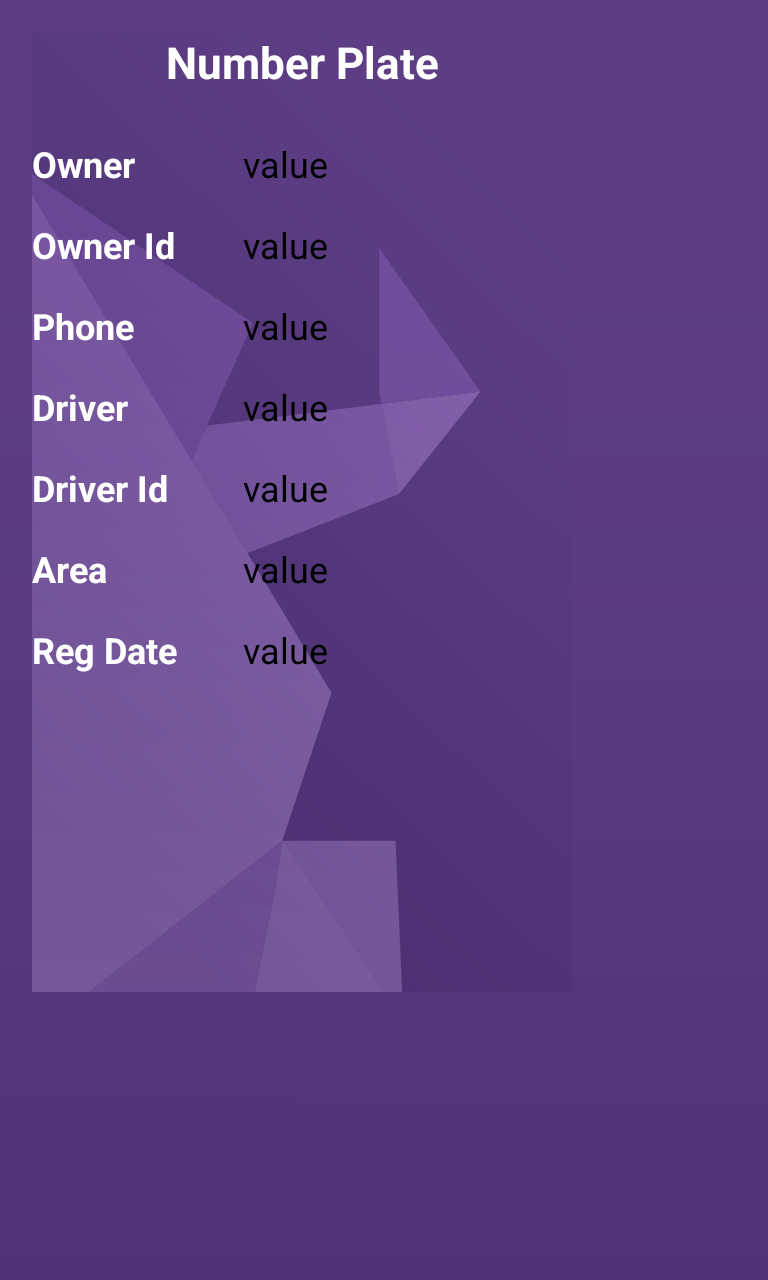
Repository: walteranyika/personal
Layout: PikiPiki/res/layout/activity_details.xml
The author's editor kept a copy of each file at every save. The layout is drawn from the files as they stood at one save, then again after the next save.
It is drawn on a 768 x 1280 px phone screen (xhdpi) without system bars, with theme AppTheme; the app's code is not run.

Above is the layout before, as saved 2015-11-06 12:08:35.

### PikiPiki/res/layout/activity_details.xml
<RelativeLayout xmlns:android="http://schemas.android.com/apk/res/android"
    xmlns:tools="http://schemas.android.com/tools"
    android:layout_width="match_parent"
    android:layout_height="match_parent"
    android:background="@drawable/background_fill"
    android:padding="16dp"
    tools:context=".DetailsActivity" >

    <ImageView
        android:id="@+id/imageView1"
        android:layout_width="wrap_content"
        android:layout_height="match_parent"
        android:layout_alignParentLeft="true"
        android:layout_alignParentTop="true"
        android:contentDescription="@string/background_image"
        android:scaleType="fitStart"
        android:src="@drawable/background" />

    <TextView
        android:id="@+id/tvRegNo"
        android:layout_width="match_parent"
        android:layout_height="wrap_content"
        android:layout_alignRight="@+id/imageView1"
        android:layout_marginBottom="24dp"
        android:gravity="center_horizontal"
        android:text="@string/number_plate"
        android:textAppearance="?android:attr/textAppearanceLarge"
        android:textColor="@android:color/white"
        android:textStyle="bold" />

    <LinearLayout
        android:id="@+id/LinearLayout01"
        android:layout_width="fill_parent"
        android:layout_height="wrap_content"
        android:layout_alignParentLeft="true"
        android:layout_below="@+id/linearLayout1"
        android:layout_marginTop="16dp" >

        <TextView
            android:id="@+id/TextView01"
            android:layout_width="0dp"
            android:layout_height="wrap_content"
            android:layout_weight="0.3"
            android:text="@string/owner_id"
            android:textAppearance="?android:attr/textAppearanceMedium"
            android:textColor="@android:color/white"
            android:textStyle="bold" />

        <TextView
            android:id="@+id/tvOwnerId"
            android:layout_width="0dp"
            android:layout_height="wrap_content"
            android:layout_weight="0.7"
            android:text="@string/empty_string"
            android:textAppearance="?android:attr/textAppearanceMedium" />
    </LinearLayout>

    <LinearLayout
        android:id="@+id/LinearLayout02"
        android:layout_width="fill_parent"
        android:layout_height="wrap_content"
        android:layout_alignParentLeft="true"
        android:layout_below="@+id/LinearLayout01"
        android:layout_marginTop="16dp" >

        <TextView
            android:id="@+id/TextView03"
            android:layout_width="0dp"
            android:layout_height="wrap_content"
            android:layout_weight="0.3"
            android:text="@string/phone"
            android:textAppearance="?android:attr/textAppearanceMedium"
            android:textColor="@android:color/white"
            android:textStyle="bold" />

        <TextView
            android:id="@+id/tvPhone"
            android:layout_width="0dp"
            android:layout_height="wrap_content"
            android:layout_weight="0.7"
            android:text="@string/empty_string"
            android:textAppearance="?android:attr/textAppearanceMedium" />
    </LinearLayout>

    <LinearLayout
        android:id="@+id/LinearLayout03"
        android:layout_width="fill_parent"
        android:layout_height="wrap_content"
        android:layout_alignParentLeft="true"
        android:layout_below="@+id/LinearLayout02"
        android:layout_marginTop="16dp" >

        <TextView
            android:id="@+id/TextView05"
            android:layout_width="0dp"
            android:layout_height="wrap_content"
            android:layout_weight="0.3"
            android:text="@string/driver"
            android:textAppearance="?android:attr/textAppearanceMedium"
            android:textColor="@android:color/white"
            android:textStyle="bold" />

        <TextView
            android:id="@+id/tvDriverName"
            android:layout_width="0dp"
            android:layout_height="wrap_content"
            android:layout_weight="0.7"
            android:text="@string/empty_string"
            android:textAppearance="?android:attr/textAppearanceMedium" />
    </LinearLayout>

    <LinearLayout
        android:id="@+id/LinearLayout04"
        android:layout_width="fill_parent"
        android:layout_height="wrap_content"
        android:layout_alignParentLeft="true"
        android:layout_below="@+id/LinearLayout03"
        android:layout_marginTop="16dp" >

        <TextView
            android:id="@+id/TextView07"
            android:layout_width="0dp"
            android:layout_height="wrap_content"
            android:layout_weight="0.3"
            android:text="@string/driver_id"
            android:textAppearance="?android:attr/textAppearanceMedium"
            android:textColor="@android:color/white"
            android:textStyle="bold" />

        <TextView
            android:id="@+id/tvDriverId"
            android:layout_width="0dp"
            android:layout_height="wrap_content"
            android:layout_weight="0.7"
            android:text="@string/empty_string"
            android:textAppearance="?android:attr/textAppearanceMedium" />
    </LinearLayout>

    <LinearLayout
        android:id="@+id/LinearLayout05"
        android:layout_width="fill_parent"
        android:layout_height="wrap_content"
        android:layout_alignParentLeft="true"
        android:layout_below="@+id/LinearLayout04"
        android:layout_marginTop="16dp" >

        <TextView
            android:id="@+id/TextView09"
            android:layout_width="0dp"
            android:layout_height="wrap_content"
            android:layout_weight="0.3"
            android:text="@string/area"
            android:textAppearance="?android:attr/textAppearanceMedium"
            android:textColor="@android:color/white"
            android:textStyle="bold" />

        <TextView
            android:id="@+id/tvAreaOperation"
            android:layout_width="0dp"
            android:layout_height="wrap_content"
            android:layout_weight="0.7"
            android:text="@string/empty_string"
            android:textAppearance="?android:attr/textAppearanceMedium" />
    </LinearLayout>

    <LinearLayout
        android:id="@+id/LinearLayout06"
        android:layout_width="fill_parent"
        android:layout_height="wrap_content"
        android:layout_alignParentLeft="true"
        android:layout_below="@+id/LinearLayout05"
        android:layout_marginTop="16dp" >

        <TextView
            android:id="@+id/TextView11"
            android:layout_width="0dp"
            android:layout_height="wrap_content"
            android:layout_weight="0.3"
            android:text="@string/reg_date"
            android:textAppearance="?android:attr/textAppearanceMedium"
            android:textColor="@android:color/white"
            android:textStyle="bold" />

        <TextView
            android:id="@+id/tvDate"
            android:layout_width="0dp"
            android:layout_height="wrap_content"
            android:layout_weight="0.7"
            android:text="@string/empty_string"
            android:textAppearance="?android:attr/textAppearanceMedium" />
    </LinearLayout>

    <LinearLayout
        android:id="@+id/linearLayout1"
        android:layout_width="fill_parent"
        android:layout_height="wrap_content"
        android:layout_alignLeft="@+id/imageView1"
        android:layout_below="@+id/tvRegNo" >

        <TextView
            android:id="@+id/textView2"
            android:layout_width="0dp"
            android:layout_height="wrap_content"
            android:layout_weight="0.3"
            android:text="@string/owner"
            android:textAppearance="?android:attr/textAppearanceMedium"
            android:textColor="@android:color/white"
            android:textStyle="bold" />

        <TextView
            android:id="@+id/tvOwnerName"
            android:layout_width="0dp"
            android:layout_height="wrap_content"
            android:layout_weight="0.7"
            android:text="@string/empty_string"
            android:textAppearance="?android:attr/textAppearanceMedium" />
    </LinearLayout>

</RelativeLayout>

### PikiPiki/res/values/themes_apptheme.xml
<?xml version="1.0" encoding="utf-8"?>

<!-- Generated with http://android-holo-colors.com -->
<resources xmlns:android="http://schemas.android.com/apk/res/android">

  <style name="AppTheme" parent="@style/_AppTheme"/>

  <style name="_AppTheme" parent="android:Theme.Holo.Light">

    <item name="android:editTextBackground">@drawable/apptheme_edit_text_holo_light</item>

    <item name="android:buttonStyle">@style/ButtonAppTheme</item>

    <item name="android:imageButtonStyle">@style/ImageButtonAppTheme</item>

  </style>

</resources>

### PikiPiki/res/values/styles_apptheme.xml
<?xml version="1.0" encoding="utf-8"?>

<!-- Generated with http://android-holo-colors.com -->
<resources xmlns:android="http://schemas.android.com/apk/res/android">

  <style name="ButtonAppTheme" parent="android:Widget.Holo.Light.Button">
	  <item name="android:background">@drawable/apptheme_btn_default_holo_light</item>
  </style>

  <style name="ImageButtonAppTheme" parent="android:Widget.Holo.Light.ImageButton">
	  <item name="android:background">@drawable/apptheme_btn_default_holo_light</item>
  </style>

</resources>

### PikiPiki/res/drawable/apptheme_btn_default_holo_light.xml
<?xml version="1.0" encoding="utf-8"?>

<selector xmlns:android="http://schemas.android.com/apk/res/android">
    <item android:state_window_focused="false" android:state_enabled="true"
        android:drawable="@drawable/apptheme_btn_default_normal_holo_light" />
    <item android:state_window_focused="false" android:state_enabled="false"
        android:drawable="@drawable/apptheme_btn_default_disabled_holo_light" />
    <item android:state_pressed="true"
        android:drawable="@drawable/apptheme_btn_default_pressed_holo_light" />
    <item android:state_focused="true" android:state_enabled="true"
        android:drawable="@drawable/apptheme_btn_default_focused_holo_light" />
    <item android:state_enabled="true"
        android:drawable="@drawable/apptheme_btn_default_normal_holo_light" />
    <item android:state_focused="true"
        android:drawable="@drawable/apptheme_btn_default_disabled_focused_holo_light" />
    <item
         android:drawable="@drawable/apptheme_btn_default_disabled_holo_light" />
</selector>

### PikiPiki/res/values/strings.xml
<?xml version="1.0" encoding="utf-8"?>
<resources>

    <string name="app_name">PikiPiki</string>
    <string name="action_settings">Settings</string>
    <string name="motorbike">Motor Bike</string>
    <string name="sync">Sync</string>
    <string name="phone">Phone</string>
    <string name="_0734567843">Phone</string>
    <string name="area">Area</string>
    <string name="reg_date">Reg Date</string>
    <string name="driver_id">Driver Id</string>
    <string name="driver">Driver</string>
    <string name="owner">Owner</string>
    <string name="owner_id">Owner Id</string>
    <string name="search">Search</string>
    <string name="bike_reg_number">Bike Reg Number</string>
    <string name="back_ground_image">Back Ground Image</string>
    <string name="title_activity_details">DetailsActivity</string>
    <string name="hello_world">Hello world!</string>
    <string name="background_image">Background Image</string>
    <string name="empty_string">value</string>
    <string name="number_plate">Number Plate</string>

</resources>

Loaded but not shown: PikiPiki/res/values/styles.xml (common file); PikiPiki/res/drawable/apptheme_edit_text_holo_light.xml (common file); PikiPiki/res/values-v11/styles.xml (common file); PikiPiki/res/values-v14/styles.xml (common file)

After the next save:
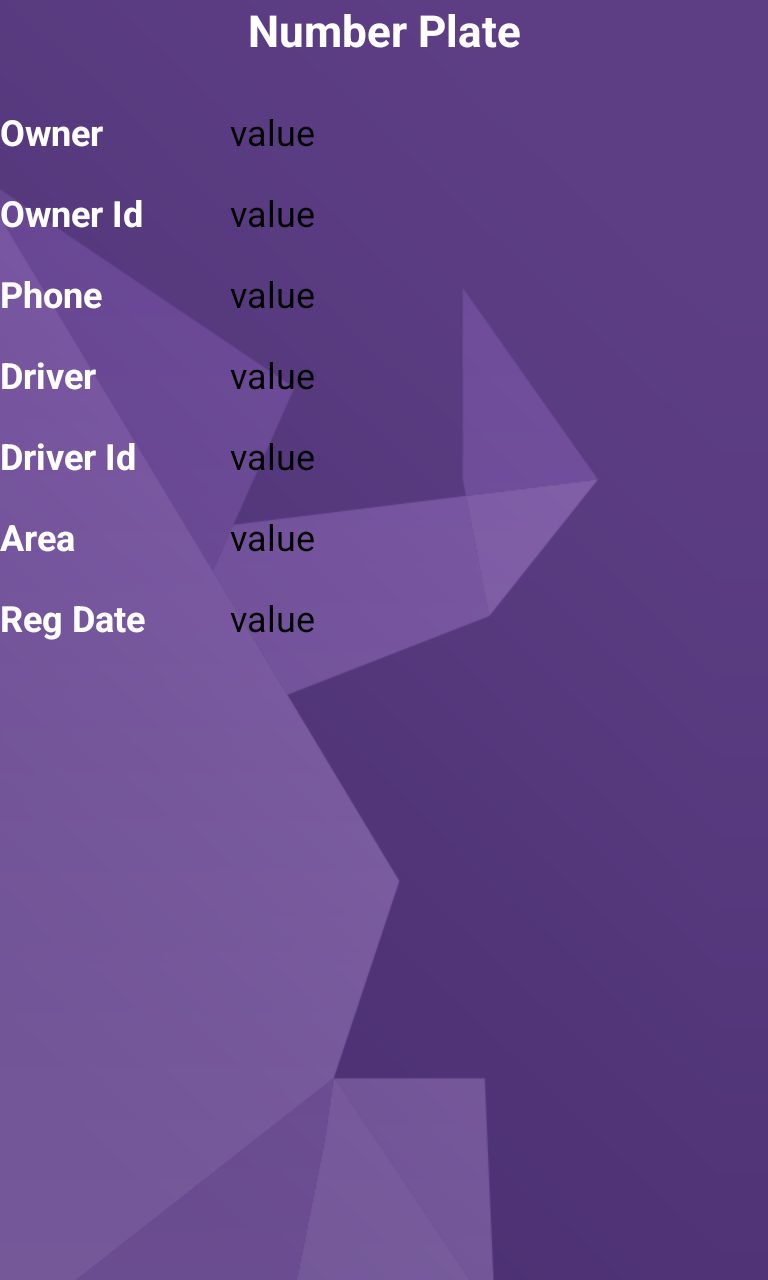
Saved 37 s later.
--- a/PikiPiki/res/layout/activity_details.xml
+++ b/PikiPiki/res/layout/activity_details.xml
@@ -3,12 +3,11 @@
     android:layout_width="match_parent"
     android:layout_height="match_parent"
     android:background="@drawable/background_fill"
-    android:padding="16dp"
     tools:context=".DetailsActivity" >
 
     <ImageView
         android:id="@+id/imageView1"
-        android:layout_width="wrap_content"
+        android:layout_width="match_parent"
         android:layout_height="match_parent"
         android:layout_alignParentLeft="true"
         android:layout_alignParentTop="true"
